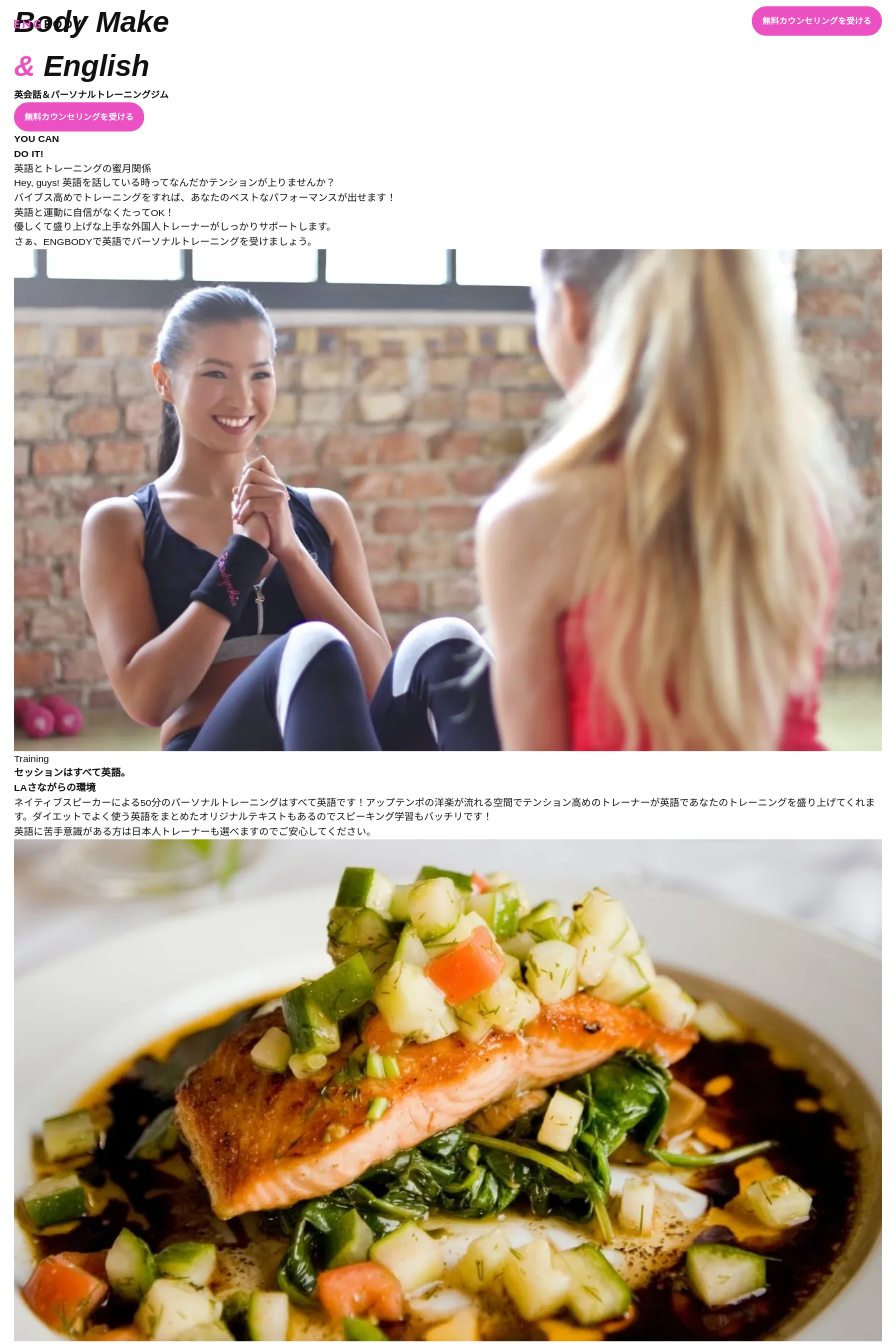
Repository: tetishi/engbody
Page: index.html
These files come from the project's save history. The page is drawn as it stood at one moment and after the next save; the edit follows.
The browser window is 1280 px wide. The pictures show the part of the page from y = 0 to 1920 px (the page is 12113 px tall before and 12144 px after), at 70% of full size.
The style sheet was rebuilt from its Sass, Less or Tailwind sources for each picture, by a compiler version that may differ from the author's.

Above is the page before, as saved 2023-07-25 17:06:57.

### index.html
<!DOCTYPE html>
<html lang="en">
<head>
    <meta charset="UTF-8">
    <meta name="viewport" content="width=device-width, initial-scale=1.0">
    <title>ENGBODY</title>
    <link href="https://fonts.googleapis.com/css2?family=Josefin+Sans:ital,wght@0,400;0,700;1,400;1,700&display=swap" rel="stylesheet">
    <link rel="stylesheet" href="./css/reset.css">
    <link rel="stylesheet" href="./css/style.css">
</head>
<body>
    <header class="header">
        <div class="header-inner">
            <h2 class="nav-title">
                <a href="#">
                    <img src="img/engbody.svg" alt="ENGBODY">
                </a>
            </h2>
            <nav class="header-nav">
                <div class="counseling-btn">
                    <a href="#">無料カウンセリングを受ける</a>
                </div>
            </nav>
        </div>
    </header>

    <main>
        <!-- fv -->
        <div class="fv">
            <div class="section-inner">
                <h2 class="page-title">
                    Body Make<br>
                    <span>&</span> English
                </h2>
                <div class="page-title-bottom">
                    英会話＆パーソナルトレーニングジム
                </div>
                <div class="counseling-btn">
                    <a href="#">無料カウンセリングを受ける</a>
                </div>
            </div>
        </div>

        <section id="concept" class="section-wrapper">
            <div class="section-outer">
                <div class="section-inner">
                    <h2 class="catchphrase">
                        YOU CAN<br class="sp">
                        DO IT!
                    </h2>
                    <p class="section-under-title">
                        英語とトレーニングの<span class="phrase">蜜月関係</span>
                    </p>
                    <p class="concept-text">
                        Hey, guys! 英語を話している時ってなんだかテンションが上りませんか？<br>
                        バイブス高めでトレーニングをすれば、あなたのベストなパフォーマンスが出せます！<br>
                        英語と運動に自信がなくたってOK！<br>
                        優しくて盛り上げな上手な外国人トレーナーがしっかりサポートします。<br>
                        さぁ、ENGBODYで英語でパーソナルトレーニングを受けましょう。
                    </p>
                    <div class="training-box">
                        <div class="training-img">
                            <picture>
                                <source srcset="img/training.webp" type="image/webp">
                                <img src="img/training.jpg" alt="外国人のパーソナルトレーナーがお客様に英語とトレーニングをサポートしている様子">
                            </picture>
                        </div>
                        <div class="training-text">
                            <p class="training-top">
                                Training
                            </p>
                            <h3 class="training-title">
                                セッションはすべて英語。<br>
                                LAさながらの環境
                            </h3>
                            <p class="training-description">
                                ネイティブスピーカーによる50分のパーソナルトレーニングはすべて英語です！アップテンポの洋楽が流れる空間でテンション高めのトレーナーが英語であなたのトレーニングを盛り上げてくれます。ダイエットでよく使う英語をまとめたオリジナルテキストもあるのでスピーキング学習もバッチリです！<br>
                                英語に苦手意識がある方は日本人トレーナーも選べますのでご安心してください。
                            </p>
                        </div>
                    </div>
                    <div class="food-box">
                        <div class="food-img">
                            <picture>
                                <source srcset="img/food.webp" type="image/webp">
                                <img src="img/food.jpg" alt="低糖質レストラン『LCR』の魚と野菜の盛り合わせメニューの写真">
                            </picture>
                        </div>
                        <div class="food-text">
                            <p class="food-top">
                                Food
                            </p>
                            <h3 class="food-title">
                                低糖質レストランを完備！<br>
                                美味しく食べてダイエット
                            </h3>
                            <p class="food-description">
                                食事制限って大変ですよね......。でも大丈夫！ENGBODY館内には低糖質レストラン『LCR』を完備しています。Low carb（低糖質）なのにとっても美味しい味に驚くはずです！メニューも豊富で飽きさせません。美味しく食べてしっかり痩せる！しかも英語力もアップ！それがENGBODYなのです。
                            </p>
                        </div>
                    </div>
                    <div class="counseling-btn">
                        <a href="#">無料カウンセリングを受ける</a>
                    </div>
                </div>
            </div>

        </section>

        <section class="section-wrapper">
            <div class="section-outer">
                <div class="section-inner">
                    <h2 class="section-title">
                        Our Trainer
                        <span>トレーナー</span>
                    </h2>
                    <div class="select-option">
                        <p class="trainer">
                            トレーナー
                        </p>
                        <p class="staff">
                            スタッフ
                        </p>
                    </div>
                    <ul class="trainer-list">
                        <li class="trainer-item">
                            <picture>
                                <source srcset="img/trainer01.webp" type="image/webp">
                                <img src="img/trainer01.jpg" alt="日本人女性のトレーナーの写真">
                            </picture>
                            <p class="trainer-greeting">
                                こんにちは！英語で楽しくトレーニングしましょう。日本語が話せますのでご安心ください。
                            </p>
                        </li>
                        <li class="trainer-item">
                            <picture>
                                <source srcset="img/trainer02.webp" type="image/webp">
                                <img src="img/trainer02.jpg" alt="外国人女性のトレーナーの写真">
                            </picture>
                            <p class="trainer-greeting">
                                Hello! 筋肉をつけすぎずしなやかな体を作ることが得意です！美しさを磨いていきましょう。
                            </p>
                        </li>
                        <li class="trainer-item">
                            <picture>
                                <source srcset="img/trainer03.webp" type="image/webp">
                                <img src="img/trainer03.jpg" alt="外国人男性のトレーナーの写真">
                            </picture>
                            <p class="trainer-greeting">
                                Hi, 負荷や強度の高いトレーニングがしたいならおまかせてください！どんなご要望もできるかぎり叶えますよ！
                            </p>
                        </li>
                    </ul>
                    <ul class="staff-list">
                        <li class="staff-item">
                            <picture>
                                <source srcset="img/staff01.webp" type="image/webp">
                                <img src="img/staff01.jpg" alt="日本人女性スタッフの写真">
                            </picture>
                            <p class="staff-greeting">
                                ENBODYは明るくてとっても楽しいジムです！みなさんのセッションが楽しくなるようしっかりサポートいたします。
                            </p>
                        </li>
                        <li class="staff-item">
                            <picture>
                                <source srcset="img/staff02.webp" type="image/webp">
                                <img src="img/staff02.jpg" alt="外国人男性スタッフの写真">
                            </picture>
                            <p class="staff-greeting">
                                Hi, please let me know anytime if you have any questions. We will fully support you!
                            </p>
                        </li>
                    </ul>
                </div>
            </div>
        </section>

        <section class="section-wrapper">
            <div class="section-outer">
                <div class="section-inner">
                    <h2 class="section-title">
                        Studio
                        <span>スタジオ</span>
                    </h2>
                    <div class="slide-image">
                        <picture>
                            <source srcset="img/studio01.webp" type="image/webp">
                            <img src="img/studio01.jpg" alt="後ろ姿の女性がトレーニング器具に座って、ダンベルを両手に持ち上げて、スタジオでトレーニングしている写真">
                        </picture>
                        <picture>
                            <source srcset="img/studio02.webp" type="image/webp">
                            <img src="img/studio02.jpg" alt="正面を向いた女性がトレーニング器具に座って、腕を上げてスタジオでトレーニングしている写真">
                        </picture>
                        <picture>
                            <source srcset="img/studio03.webp" type="image/webp">
                            <img src="img/studio03.jpg" alt="後ろ姿の男性がスタジオでバーベルを持ってウエイトトレーニングをしている写真">
                        </picture>
                    </div>
                </div>
            </div>
        </section>

        <section class="section-wrapper">
            <div class="section-outer">
                <div class="section-inner">
                    <h2 class="section-title">
                        Price
                        <span>料金</span>
                    </h2>
                    <ul class="price-list">
                        <li class="price-item">
                            <div class="price-box">
                                <p class="course">
                                    週１コース
                                </p>
                                <h3 class="course-price">
                                    ¥20,000
                                </h3>
                                <p class="admission-fee">
                                    （入会金 ¥10000）
                                </p>
                            </div>
                            <div class="rental-box">
                                <p class="course-top">
                                    レンタル
                                </p>
                                <p class="course-text">
                                    タオル、ウェア、プロテイン無料
                                </p>
                            </div>
                            <div class="restaurant-box">
                                <p class="course-top">
                                    レストラン
                                </p>
                                <p class="course-text">
                                    使用不可
                                </p>
                            </div>
                            <div class="diet-box">
                                <p class="course-top">
                                    食事指導
                                </p>
                                <p class="course-text">
                                    無し
                                </p>
                            </div>
                        </li>
                        <li class="price-item">
                            <p class="recommend">
                                オススメ！
                            </p>
                            <div class="price-box">
                                <p class="course">
                                    週２コース
                                </p>
                                <h3 class="course-price">
                                    ¥40,000
                                </h3>
                                <p class="admission-fee">
                                    （入会金 ¥10000）
                                </p>
                            </div>
                            <div class="rental-box">
                                <p class="course-top">
                                    レンタル
                                </p>
                                <p class="course-text">
                                    タオル、ウェア、プロテイン無料
                                </p>
                            </div>
                            <div class="restaurant-box">
                                <p class="course-top">
                                    レストラン
                                </p>
                                <p class="course-text">
                                    使用可
                                </p>
                            </div>
                            <div class="diet-box">
                                <p class="course-top">
                                    食事指導
                                </p>
                                <p class="course-text">
                                    有り
                                </p>
                            </div>
                        </li>
                        <li class="price-item">
                            <div class="price-box">
                                <p class="course">
                                    無制限
                                </p>
                                <h3 class="course-price">
                                    ¥70,000
                                </h3>
                                <p class="admission-fee">
                                    （入会金 ¥10000）
                                </p>
                            </div>
                            <div class="rental-box">
                                <p class="course-top">
                                    レンタル
                                </p>
                                <p class="course-text">
                                    タオル、ウェア、プロテイン無料
                                </p>
                            </div>
                            <div class="restaurant-box">
                                <p class="course-top">
                                    レストラン
                                </p>
                                <p class="course-text">
                                    使用可
                                </p>
                            </div>
                            <div class="diet-box">
                                <p class="course-top">
                                    食事指導
                                </p>
                                <p class="course-text">
                                    有り
                                </p>
                            </div>
                        </li>
                    </ul>
                </div>
            </div>
        </section>

        <section class="section-wrapper">
            <div class="section-outer">
                <div class="section-inner">
                    <h2 class="section-title">
                        FAQ
                        <span>よくあるご質問</span>
                    </h2>
                    <div class="faq-box">
                        <details class="faq-item">
                            <summary class="faq-top-text">
                                見学や体験は可能ですか？
                            </summary>
                            <p class="faq-bottom-text">
                                無料カウンセリングの際に見学が可能です。フォームに見学・体験希望の欄がございますので内容をご確認しチェックを入れてください。
                            </p>
                        </details>
                        <details class="faq-item">
                            <summary class="faq-top-text">
                                用意するものは何がありますか？
                            </summary>
                            <p class="faq-bottom-text">
                                シューズをご持参ください。ウェアとタオルは無料でレンタルが可能です。
                            </p>
                        </details>
                        <details class="faq-item">
                            <summary class="faq-top-text">
                                シャワールームはありますか？
                            </summary>
                            <p class="faq-bottom-text">
                                5つのシャワールームがございます。ボディソープ・シャンプー・リンスなどのアメニティやドライヤーもご用意しております。
                            </p>
                        </details>
                    </div>
                </div>
            </div>
        </section>

        <div class="free-counseling">
            <picture>
                <source srcset="img/sp_counseling_top.webp" type="image/webp">
                <img src="img/sp_counseling_top.jpg" alt="アジア人、黒人、白人の女性3人がトレーニングウェアを着て肩を組んで笑顔でこちらを見ている写真">
            </picture>
            <div class="counseling-container">
                <h3 class="invite-message">
                    Come join us!! 😊
                </h3>
                <div class="counseling-btn white">
                    <a href="#">無料カウンセリングを受ける</a>
                </div>
            </div>
        </div>

    </main>
    <footer class="footer">
        <div class="footer-text">
            ENGBODY
        </div>
    </footer>

    <a href="#" class="pagetop">
        <div class="pagetop-arrow">
            <i class="fas fa-angle-up"></i>
        </div>
    </a>
</body>
</html>

### css/reset.css
/*
html5doctor.com Reset Stylesheet
v1.6.1
Last Updated: 2010-09-17
Author: Richard Clark - http://richclarkdesign.com
Twitter: @rich_clark
*/

* {
    box-sizing: border-box;
}

html,
body,
div,
span,
object,
iframe,
h1,
h2,
h3,
h4,
h5,
h6,
p,
blockquote,
pre,
abbr,
address,
cite,
code,
del,
dfn,
em,
img,
ins,
kbd,
q,
samp,
small,
strong,
sub,
sup,
var,
b,
i,
dl,
dt,
dd,
ol,
ul,
li,
fieldset,
form,
label,
legend,
table,
caption,
tbody,
tfoot,
thead,
tr,
th,
td,
article,
aside,
canvas,
details,
figcaption,
figure,
footer,
header,
hgroup,
menu,
nav,
section,
summary,
time,
mark,
ruby,
audio,
video {
    margin: 0;
    padding: 0;
    border: 0;
    outline: 0;
    font-size: 100%;
    vertical-align: baseline;
    background: transparent;
}

body {
    line-height: 1.5;
}

img {
    width: 100%;
    height: auto;
    object-fit: cover;
}

button {
    background-color: transparent;
    border: none;
    cursor: pointer;
    outline: none;
    padding: 0;
    appearance: none;
}

article,
aside,
details,
figcaption,
figure,
footer,
header,
hgroup,
menu,
nav,
section {
    display: block;
}

nav ul {
    list-style: none;
}

li {
    list-style: none;
}

a {
    margin: 0;
    padding: 0;
    font-size: 100%;
    vertical-align: baseline;
    background: transparent;
}

input,
select {
    vertical-align: middle;
}

/*end reset css*/

### img/engbody.svg
<svg xmlns="http://www.w3.org/2000/svg" width="96.7" height="12.36" viewBox="0 0 96.697 12.356">
  <g id="Group_1" data-name="Group 1" transform="translate(-34.435 -35.05)">
    <path id="Path_13" data-name="Path 13" d="M-41.472-16.8a3.73,3.73,0,0,1,1.459,1.093,2.471,2.471,0,0,1,.524,1.559A2.878,2.878,0,0,1-40.674-11.6a5.1,5.1,0,0,1-2.957.814H-47.58V-22.2H-44.1a5.2,5.2,0,0,1,2.965.737,2.422,2.422,0,0,1,1.08,2.132,2.946,2.946,0,0,1-.371,1.5A2.77,2.77,0,0,1-41.472-16.8Zm-3.771-.729h1.418a1.3,1.3,0,0,0,1-.38,1.323,1.323,0,0,0,.355-.938,1.029,1.029,0,0,0-.4-.876,1.816,1.816,0,0,0-1.112-.3h-1.257Zm1.5,4.653a2.475,2.475,0,0,0,1.33-.318,1.051,1.051,0,0,0,.508-.954q0-1.21-2-1.21h-1.338v2.481Zm8.123-3.6a5.518,5.518,0,0,1,.814-2.9A6.036,6.036,0,0,1-32.6-21.521a5.975,5.975,0,0,1,3.022-.8,5.975,5.975,0,0,1,3.022.8,6.165,6.165,0,0,1,2.224,2.148,5.438,5.438,0,0,1,.83,2.9,5.413,5.413,0,0,1-.83,2.916,6.083,6.083,0,0,1-2.224,2.117,6.067,6.067,0,0,1-3.022.783,6.054,6.054,0,0,1-3.03-.783,5.973,5.973,0,0,1-2.2-2.117A5.493,5.493,0,0,1-35.622-16.473Zm2.417,0a3.551,3.551,0,0,0,.492,1.83,3.628,3.628,0,0,0,1.338,1.326,3.687,3.687,0,0,0,1.878.489,3.5,3.5,0,0,0,1.821-.489,3.517,3.517,0,0,0,1.289-1.318,3.68,3.68,0,0,0,.467-1.838,3.655,3.655,0,0,0-.483-1.861,3.6,3.6,0,0,0-1.313-1.326,3.57,3.57,0,0,0-1.845-.489,3.57,3.57,0,0,0-1.845.489,3.6,3.6,0,0,0-1.313,1.326A3.655,3.655,0,0,0-33.2-16.473ZM-18.909-22.2h3.546a7.413,7.413,0,0,1,3.739.845A5.2,5.2,0,0,1-9.49-19.164a6.36,6.36,0,0,1,.669,2.877,5.253,5.253,0,0,1-.806,2.9,5.34,5.34,0,0,1-2.168,1.931,6.641,6.641,0,0,1-2.99.675h-4.126Zm3.723,9.243a4.324,4.324,0,0,0,2.885-.9,3.2,3.2,0,0,0,1.064-2.59,3.609,3.609,0,0,0-.588-2.171A3.138,3.138,0,0,0-13.2-19.73a4.006,4.006,0,0,0-1.475-.31h-1.9v7.088ZM4.83-22.2.381-14.333v3.552H-1.955v-3.552L-6.323-22.2h2.885l2.724,5.273L1.945-22.2Z" transform="translate(126.302 57.708)" fill="#111"/>
    <path id="Path_14" data-name="Path 14" d="M-27.475-22.5v2.176h-5.753v2.44h5.093v2.176h-5.093v2.471h5.979v2.176h-8.316V-22.5Zm15.584,0v11.9h-.064l-8.3-7.227.048,6.761h-2.369V-22.95h.1l8.284,7.336-.048-6.885ZM3.049-12.211a3.177,3.177,0,0,1-.975.583,8.934,8.934,0,0,1-1.547.5,6.932,6.932,0,0,1-1.539.194,7.366,7.366,0,0,1-3.312-.707,5.264,5.264,0,0,1-2.2-1.958A5.311,5.311,0,0,1-7.3-16.454a6.568,6.568,0,0,1,.822-3.4,5.253,5.253,0,0,1,2.208-2.083,6.761,6.761,0,0,1,3.062-.692,8.506,8.506,0,0,1,2.031.233,7.636,7.636,0,0,1,1.676.606l-.757,2.1a5.979,5.979,0,0,0-1.281-.458A5.645,5.645,0,0,0-.9-20.355a4.244,4.244,0,0,0-2.957.933A3.556,3.556,0,0,0-4.88-16.656a3.356,3.356,0,0,0,.5,1.842,3.241,3.241,0,0,0,1.394,1.2,4.746,4.746,0,0,0,2.039.42,3.468,3.468,0,0,0,1.628-.3v-1.383H-1.367v-2.176H3.049Z" transform="translate(70 58)" fill="#eb51c2"/>
  </g>
</svg>

### css/style.scss
/* base */

html {
    font-size: 62.5%;
}
body {
    font-size: 1.4rem;
    font-family: 'Hiragino Sans', sans-serif;
    color: #111111;
}
h2 h3 {
    font-family: 'Josefin Sans', sans-serif;
}
img {
    vertical-align: bottom;
}
.section-inner {
    padding: 0 20px;
    // margin: 0 auto;
}
.section-title {
    font-size: 4rem;
    &:nth-of-type(2) {
        font-size: 3.2rem;
    }
    &:nth-of-type(odd) {
        color: #fff;
    }
    span {
        font-size: 1.4rem;
        margin-bottom: 30px;
        &:last-of-type {
            margin-bottom: 35px;
        }
    }
}
a {
    color: inherit;
    text-decoration: none;
}

// header
.header {
    position: fixed;
    width: 100%;
    top: 0;
    left: 0;
    z-index: 999;
}
.header-inner {
    display: flex;
    justify-content: space-between;
    align-items: center;
    height: 60px;
    padding: 0 20px;
}
.counseling-btn {
    font-weight: bold;
    color: #fff;
    font-size: 1.2rem;
    width: 186px;
    background-color: #EB51C2;
    text-align: center;
    vertical-align: middle;
    border-radius: 50px;
    padding: 12px 15px;
}

//fv
.page-title {
    font-size: 4.2rem;
    font-style: italic;
    span {
        color: #EB51C2;
    }
}
.page-title-bottom {
    font-size: 1.3rem;
    font-weight: bold;
    margin-top: 12px 0 19px;
}

After the next save:
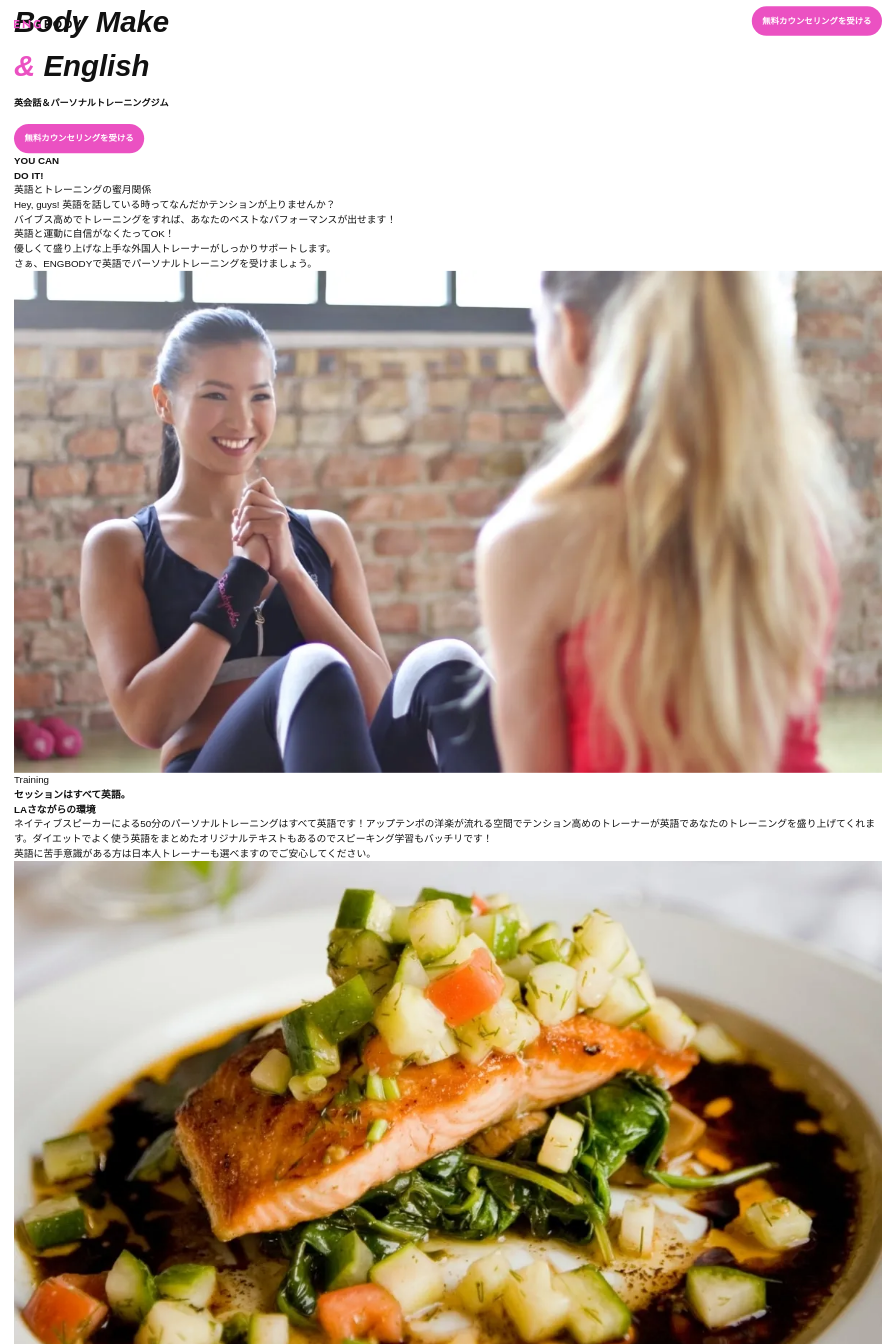
Saved 14 s later.
--- a/css/style.scss
+++ b/css/style.scss
@@ -77,5 +77,5 @@ a {
 .page-title-bottom {
     font-size: 1.3rem;
     font-weight: bold;
-    margin-top: 12px 0 19px;
+    margin: 12px 0 19px;
 }
